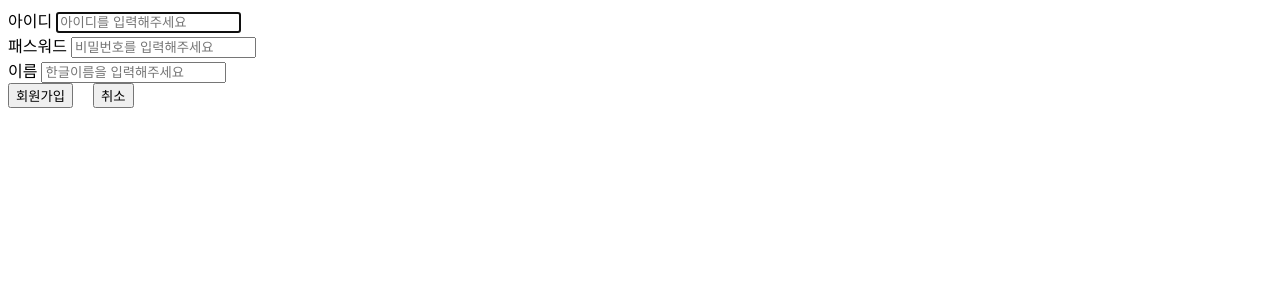
Repository: AHJ2616/Java
Page: http://localhost/board-jsp/06Session/Register_form.jsp
An editor plug-in stored every save of this project. The page is shown before and after the next save, followed by the edit.
The browser window is 1280 px wide. The pictures show the whole page.
The page is served by Tomcat 9.

Above is the page before, as saved 2024-07-26 05:10:47.

After the next save:
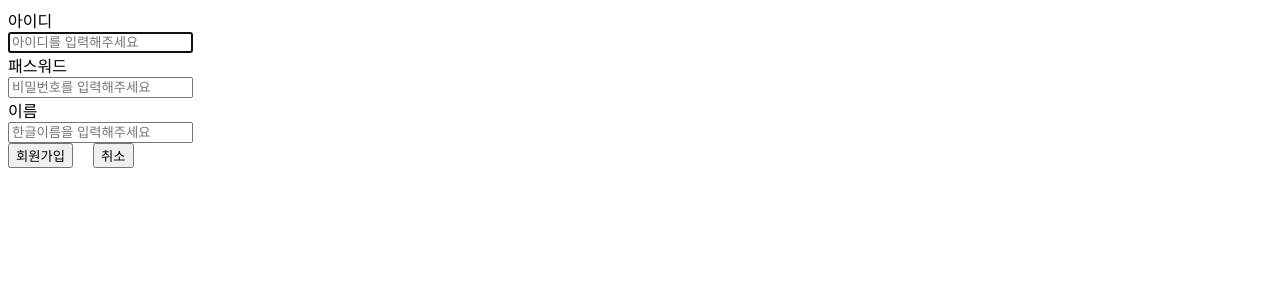
Saved 39 s later.
--- a/jsp_workspace/board-jsp/src/main/webapp/06Session/Register_form.jsp
+++ b/jsp_workspace/board-jsp/src/main/webapp/06Session/Register_form.jsp
@@ -8,11 +8,11 @@
 </head>
 <body>
 <form id="register_form" action="Register.jsp" method="post">
-<label for= "id">아이디</label>
+<label for= "id">아이디</label><br>
 <input type= "text" name= "id" id="id" autofocus="autofocus" required="required" placeholder="아이디를 입력해주세요"/><br>
-<label for= "pw">패스워드</label>
+<label for= "pw">패스워드</label><br>
 <input type= "password" name= "pw" id="pw" required="required" placeholder="비밀번호를 입력해주세요"/><br>
-<label for= "name">이름</label>
+<label for= "name">이름</label><br>
 <input type= "text" name= "name" id="name" placeholder="한글이름을 입력해주세요"/><br>
 <input type= "submit" value="회원가입" /> &nbsp;&nbsp;&nbsp;
 <button type= "button" onclick= "location.href='login_form.jsp'">취소</button>
